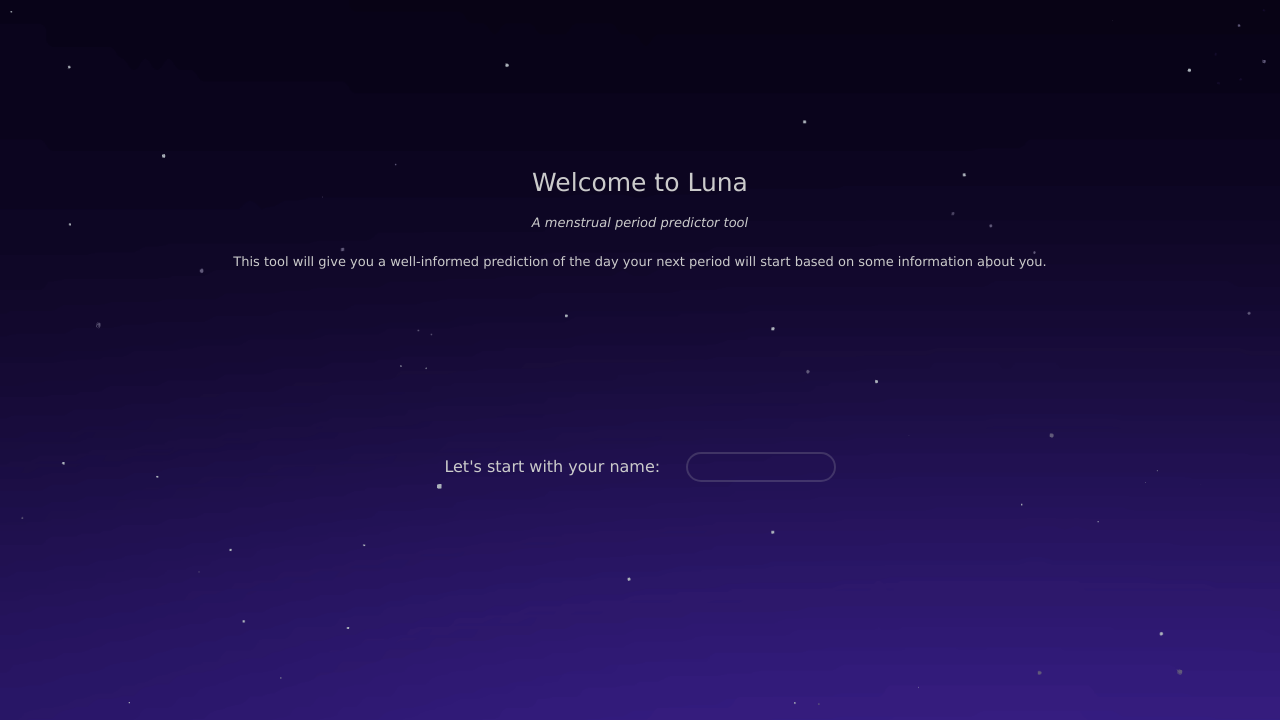
Repository: kholl28/luna-app
Page: / (app in frontend/)
These files come from the project's save history. The page is drawn as it stood at one moment and after the next save; the edit follows.
The browser window is 1280 px wide. The pictures show the whole page.
The project was rebuilt for these pictures with package versions that can differ from the ones it lists, and the page was loaded fresh each time. The framework's server and built-in components were replaced by stand-ins that run in the browser. Also part of the build but not shown: frontend/next.config.mjs, frontend/src/app/pages/input.js, frontend/src/app/pages/demos.js, frontend/src/app/components/PredictionChart.jsx, frontend/src/app/pages/prediction.js.

Above is the page before, as saved 2025-05-14 12:55:28.

After the next save:
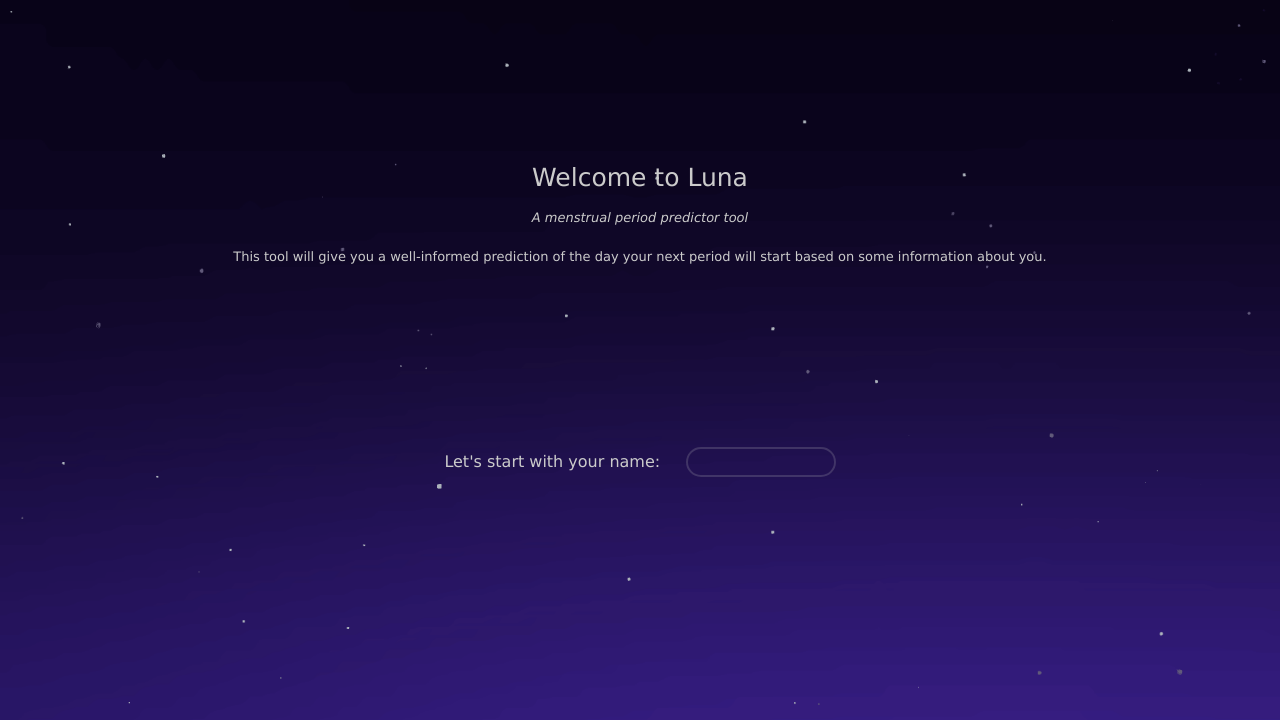
Saved 26 s later.
--- a/frontend/src/app/pages/homepage.js
+++ b/frontend/src/app/pages/homepage.js
@@ -43,7 +43,7 @@ function Homepage({ currentPage, setCurrentPage, UserName, setName }) {
     textAlign: 'center',
   }}>
     <div className={`fade-text ${visible ? 'visible' : ''}`}>
-      <p className={`verdana-xl padding-class-arounder`}>
+      <p className={`verdana-xl padding-class-around`}>
         Welcome to Luna
       </p>
     </div>
